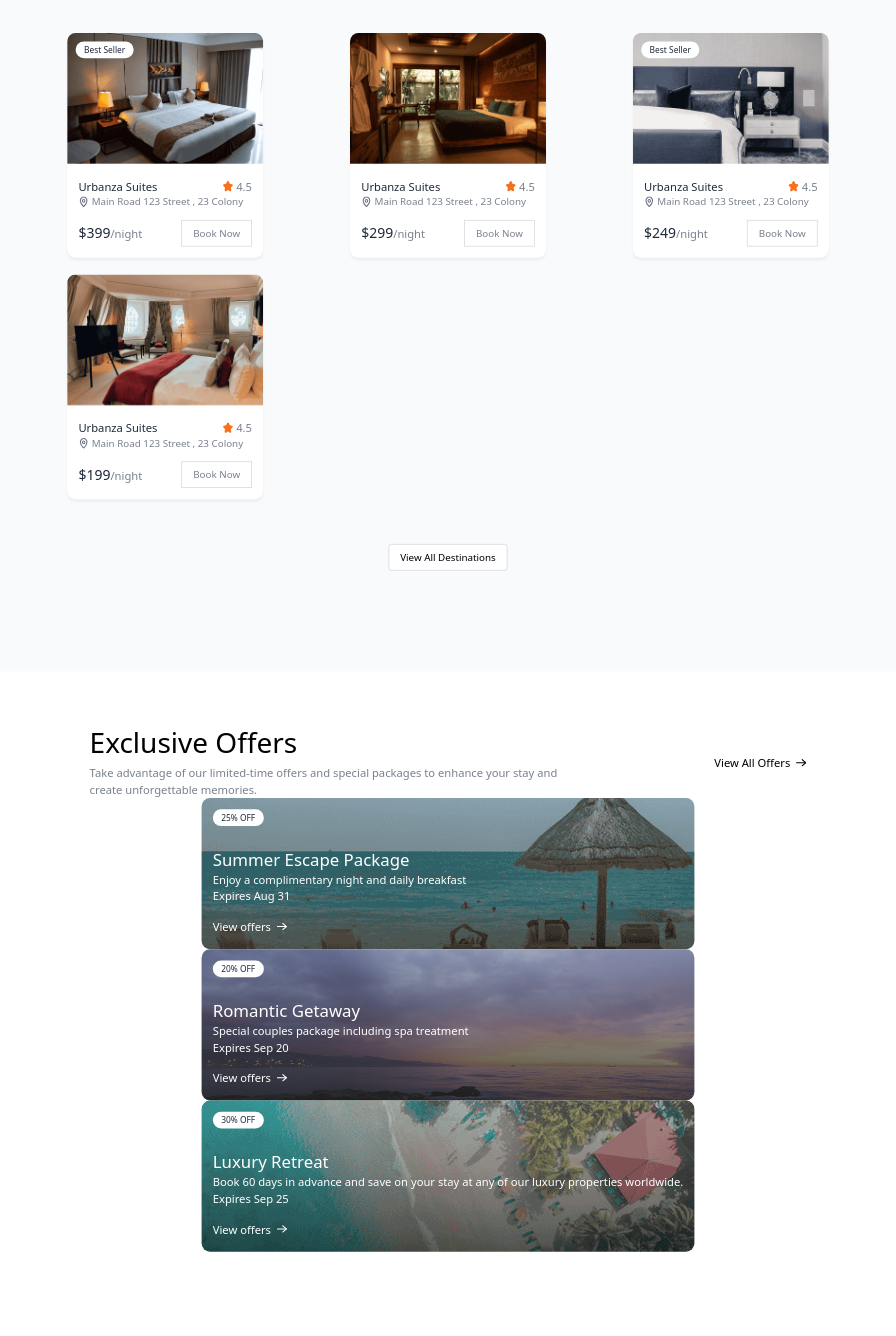
Repository: Ponn-Star/My-App
Page: / (app in FrontEnd/)
These files come from the project's save history. The page is drawn as it stood at one moment and after the next save; the edit follows.
The browser window is 1280 px wide. The pictures show the part of the page from y = 933 to 2853 px (the page is 2841 px tall before and 2853 px after), at 70% of full size.
The project was rebuilt for these pictures with package versions that can differ from the ones it lists, and the page was loaded fresh each time. Also part of the build but not shown: FrontEnd/vite.config.js, FrontEnd/src/assets/assets.js.

Above is the page before, as saved 2025-05-08 23:15:06.

After the next save:
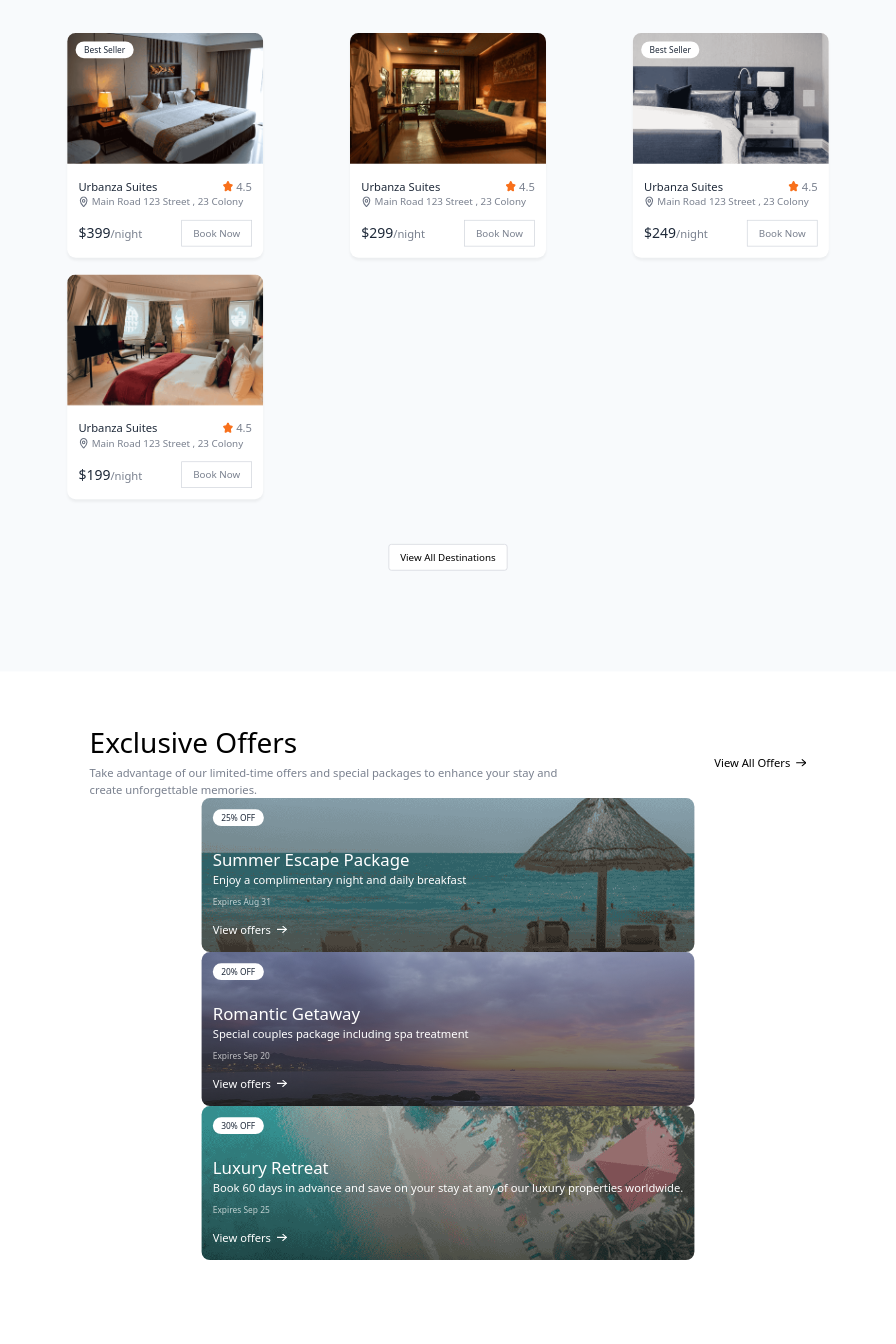
Saved 18 s later.
--- a/FrontEnd/src/components/ExclusiveOffers.jsx
+++ b/FrontEnd/src/components/ExclusiveOffers.jsx
@@ -22,7 +22,7 @@ const ExclusiveOffers = () => {
                 <div>
                     <p className='text-2xl font-medium font-playfair'>{item.title}</p>
                     <p>{item.description}</p>
-                    <p>Expires {item.expiryDate}</p>
+                    <p className='text-xs text-white/70 mt-3'>Expires {item.expiryDate}</p>
                 </div>
                 <button className='flex items-center gap-2 font-medium cursor-pointer mt-4 mb-5'>
                     View offers
